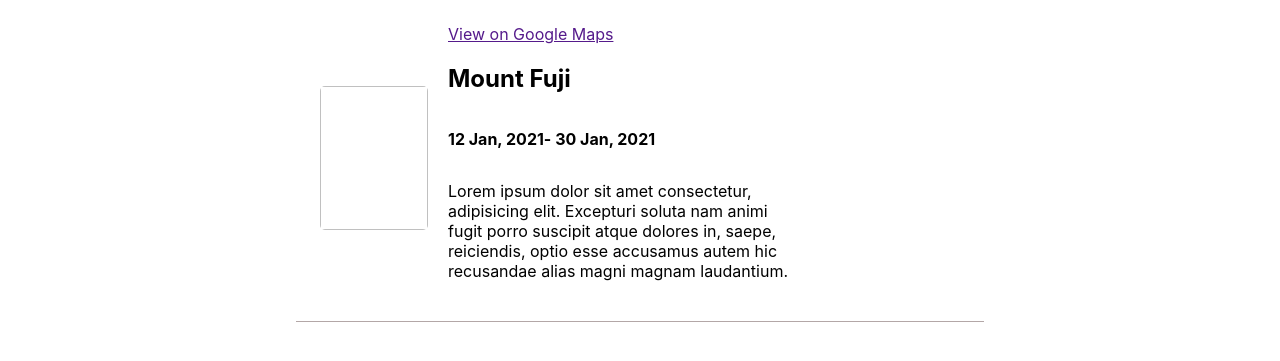
Repository: BuduCE/travel-journal
Page: /
The author's editor kept a copy of each file at every save. The page is drawn from the files as they stood at one save, then again after a run of saves.
The browser window is 1280 px wide. The pictures show the whole page.
The project was rebuilt for these pictures with package versions that can differ from the ones it lists, and the page was loaded fresh each time. Also part of the build but not shown: src/data.js, src/components/Home/styles.css, src/components/Home/index.jsx.

Above is the page before, as saved 2022-08-25 12:02:58.

After the next 5 saves:
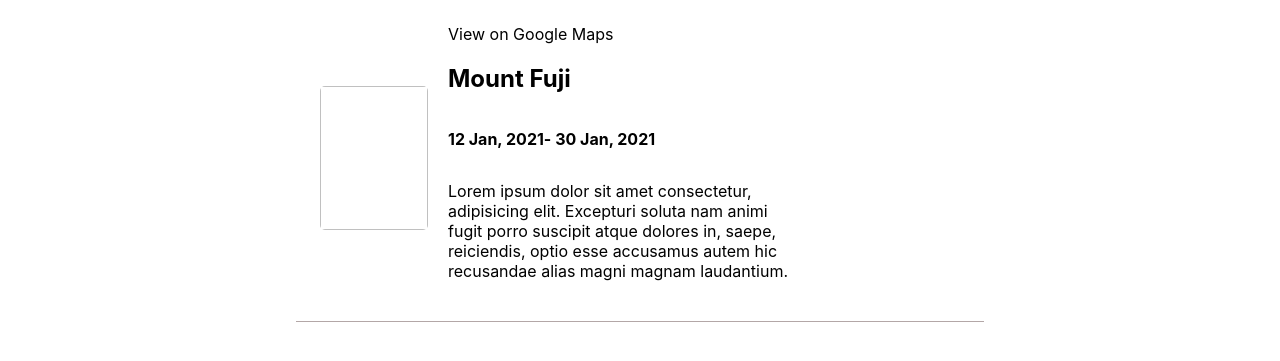
The 5 saves are shown as one change because 1 did not build or start and some came seconds apart.
The last was saved 20 s later.
--- a/src/components/Tour/index.jsx
+++ b/src/components/Tour/index.jsx
@@ -15,7 +15,7 @@
         <div className="tour-loc">
           <img src="" alt="" />
           <span>{props.location}</span>
-          <a href="">View on Google Maps</a>
+          <a href={props.googleMa}>View on Google Maps</a>
         </div>
         <h2>Mount Fuji</h2>
         <div className="tour-data">
